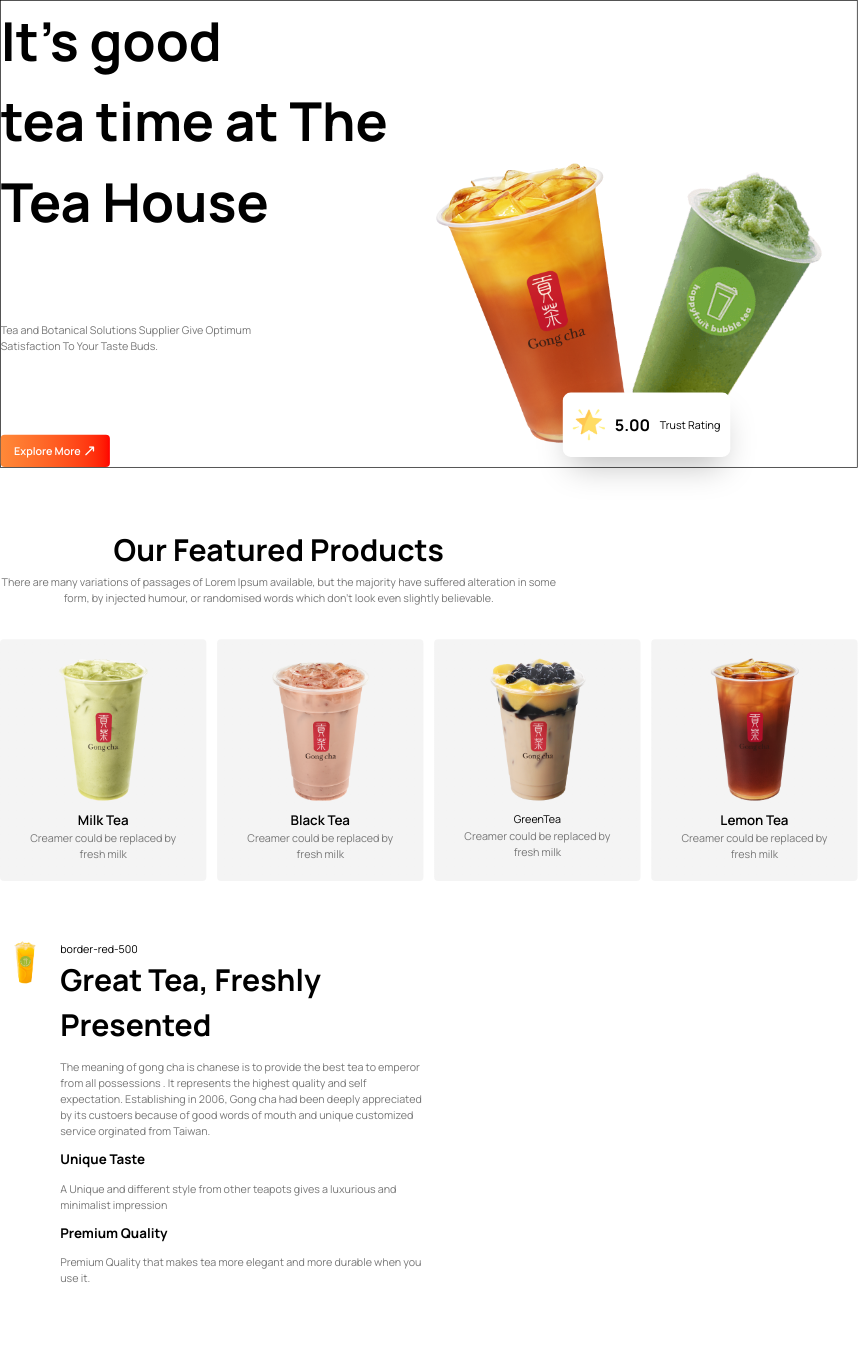
Repository: tanimtanzilislam/Tea-house
Page: index.html
An editor plug-in stored every save of this project. The page is shown before and after a run of saves, followed by the edit.
The browser window is 1280 px wide. The pictures show the whole page, at 67% of full size.
Some web libraries are served in a nearby version.

Above is the page before, as saved 2026-04-09 19:39:48.

After the next 2 saves:
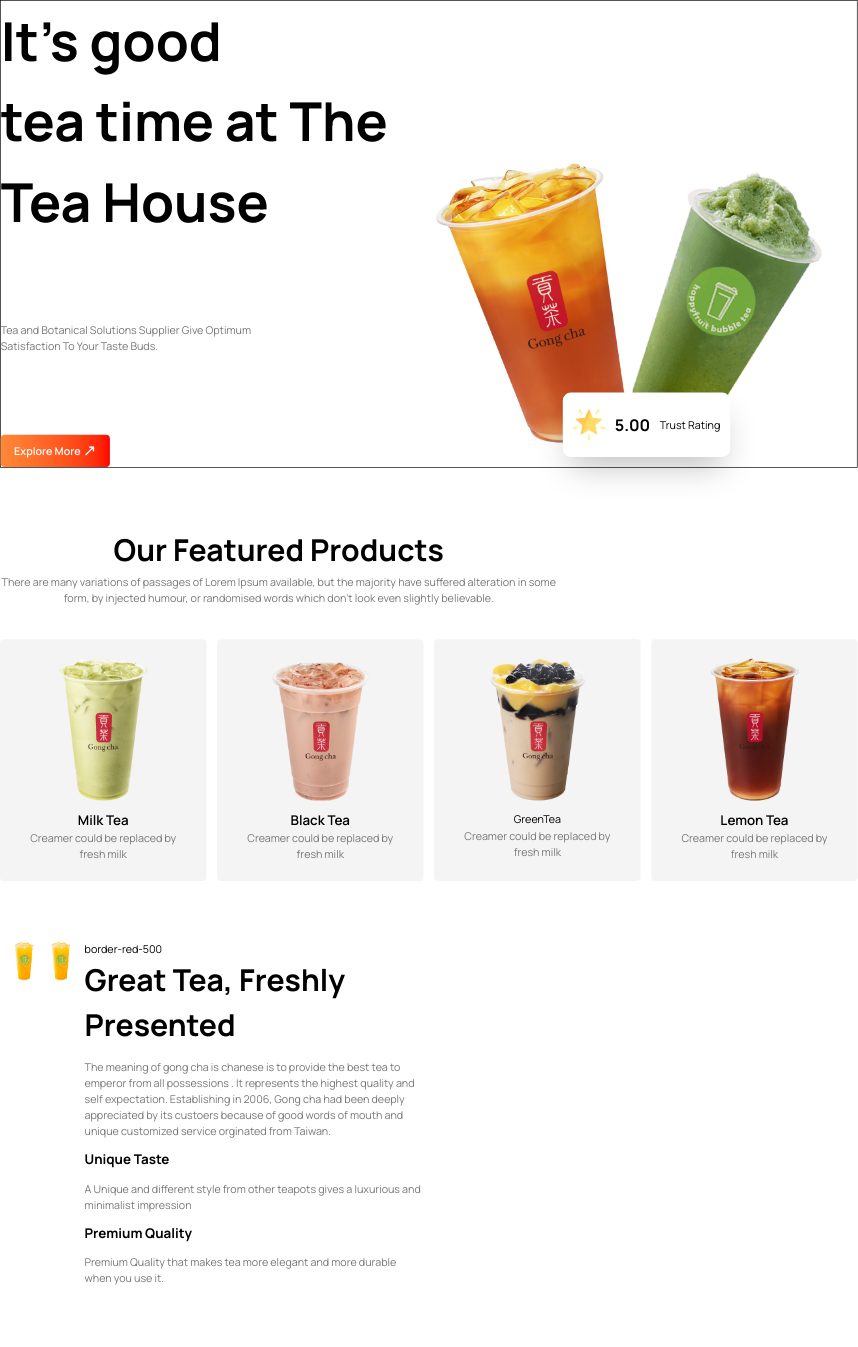
The 2 saves are shown as one change because they came seconds apart.
The last was saved 16 s later.
--- a/index.html
+++ b/index.html
@@ -102,7 +102,9 @@
         <div class="border-red-500 row-span-2">
             <img src="./images/fresh-1.png" alt="">
         </div>
-        <div class="border-red-500 row-span-2"></div>
+        <div class="border-red-500 row-span-2">
+            <img src="./images/fresh-1.png" alt="">
+        </div>
         <div class="border-red-500">border-red-500
     <div class="great-tea-righ space-y-4">
 
